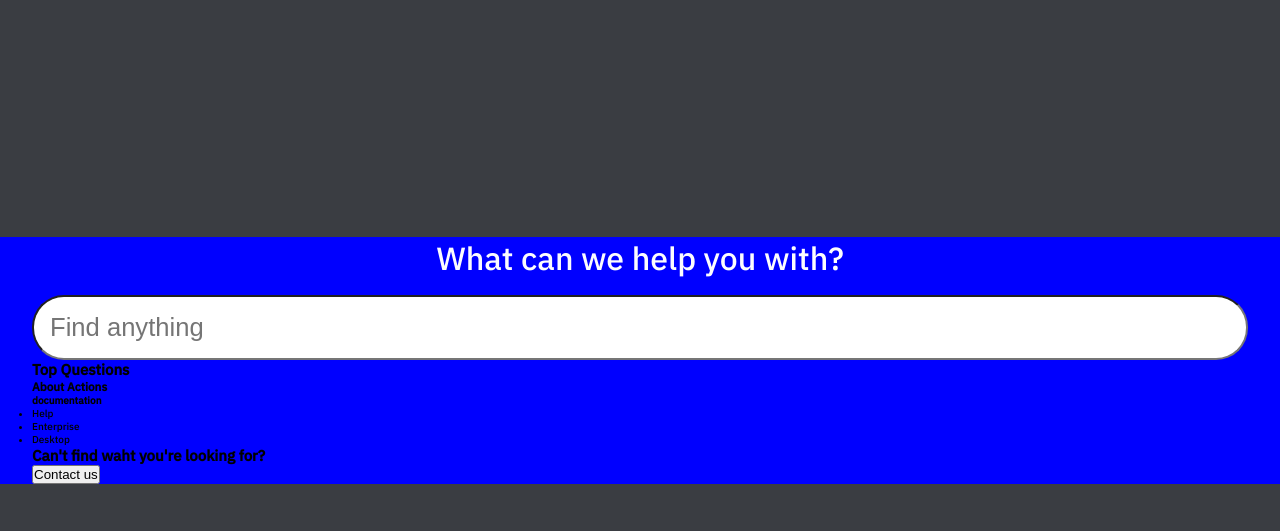
Repository: Hcmwebs/Help-Center-UI-
Page: index.html
The author's editor kept a copy of each file at every save. The page is drawn from the files as they stood at one save, then again after the next save.
The browser window is 1280 px wide. The pictures show the whole page.
The style sheet was rebuilt from its Sass, Less or Tailwind sources for each picture, by a compiler version that may differ from the author's.

Above is the page before, as saved 2020-08-20 20:36:37.

After the next save:
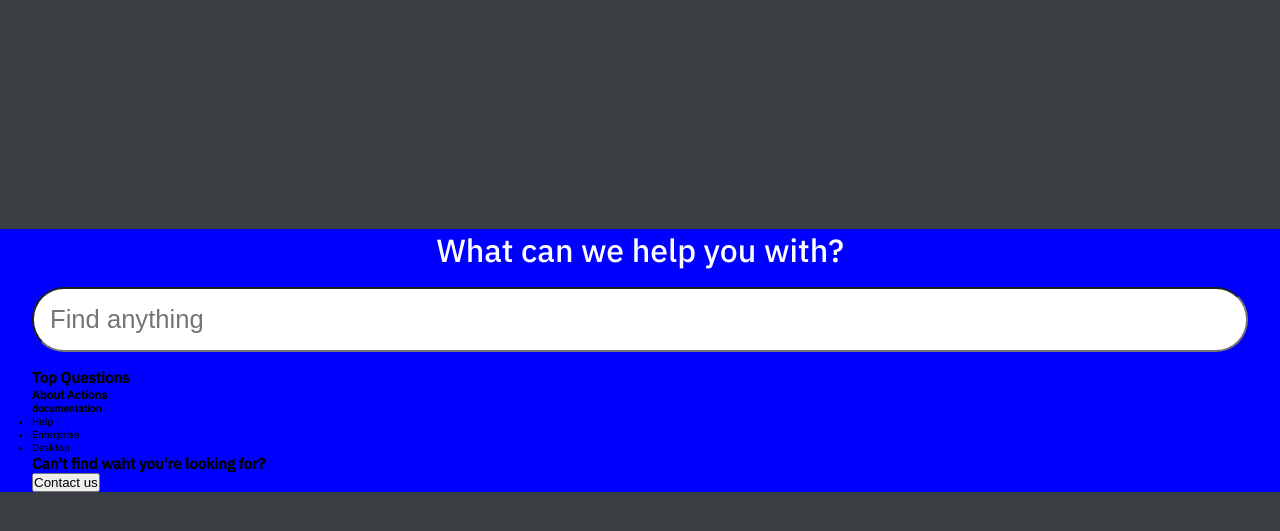
Saved 33 s later.
--- a/scss/styles.scss
+++ b/scss/styles.scss
@@ -27,6 +27,7 @@ body{
 }
 header{
     text-align: center;
+    margin-bottom: 1rem;
 
 
     h1{
@@ -44,3 +45,6 @@ header{
     }
 
 }
+.card{
+
+}
